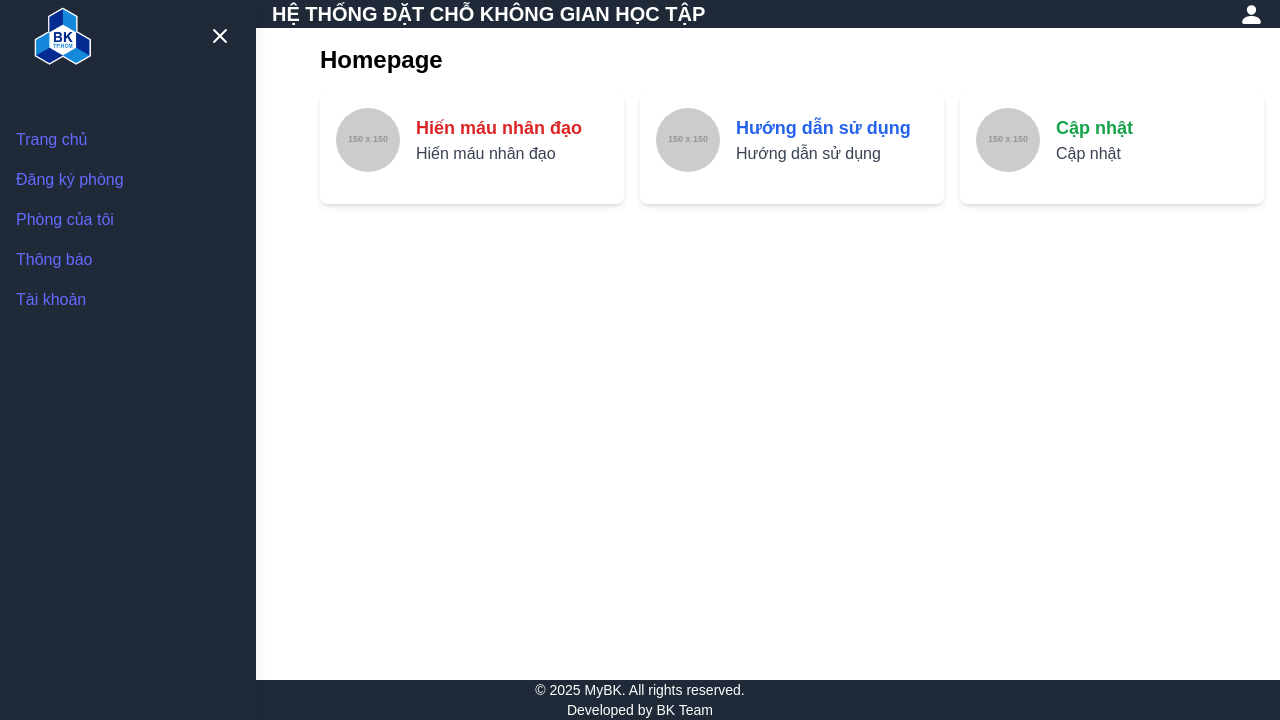
Repository: CNPM-S3MRS/frontend-web
Page: /homepage
An editor plug-in stored every save of this project. The page is shown before and after the next save, followed by the edit.
The browser window is 1280 px wide. The pictures show the whole page.
The project was rebuilt for these pictures with package versions that can differ from the ones it lists, and the page was loaded fresh each time. Also part of the build but not shown: vite.config.js, src/pages/auth/Login.jsx, src/components/card/NotificationCard.jsx, src/components/pagination/Pagination.jsx, src/components/dropdownmenu/DropdownList.jsx, src/pages/notification/notification.jsx.

Above is the page before, as saved 2025-04-10 23:28:54.

### src/App.jsx
import { BrowserRouter as Router, Routes, Route } from 'react-router-dom';
import Login from '@/pages/auth/Login';
import Notification from './pages/notification/notification';
import Homepage from "./pages/homepage/Homepage";

function App() {
  return (
    <Router>
      <Routes>
        <Route path="/login" element={<Login />} />
        <Route path="/homepage" element={<Homepage />} />
        <Route path="/notification" element={<Notification />} /> {/* Add this route */}
        <Route path="/" element={<div>Trang chủ</div>} />
      </Routes>
    </Router>
  );
}

export default App;

### src/index.css
@tailwind base;
@tailwind components;
@tailwind utilities;


:root {
  font-family: system-ui, Avenir, Helvetica, Arial, sans-serif;
  line-height: 1.5;
  font-weight: 400;

  color-scheme: light dark;
  color: rgba(255, 255, 255, 0.87);
  background-color: #242424;

  font-synthesis: none;
  text-rendering: optimizeLegibility;
  -webkit-font-smoothing: antialiased;
  -moz-osx-font-smoothing: grayscale;
}

a {
  font-weight: 500;
  color: #646cff;
  text-decoration: inherit;
}
a:hover {
  color: #535bf2;
}

/* body {
  margin: 0;
  display: flex;
  place-items: center;
  min-width: 320px;
  min-height: 100vh;
} */

h1 {
  font-size: 3.2em;
  line-height: 1.1;
}

.header-button {
  background: none;
  border: none;
  color: inherit;
  cursor: pointer;
  padding: 0;
  display: inline-flex;
  align-items: center;
  justify-content: center;
}


.sidebar-button {
  background: none;
  border: none;
  color: inherit;
  cursor: pointer;
  padding: 0.5rem;
  display: inline-flex;
  align-items: center;
  justify-content: center;
}

.pagination {
  display: flex;

}

.pagination button,
.pagination span {
  display: flex;
  align-items: center;
  justify-content: center;
  min-width: 2.5rem;
  height: 2.5rem;
  font-size: 1rem;
  font-weight: 500;
  background-color: transparent;
  border: none;
  color: #000;
  cursor: pointer;
}

.pagination span {
  color: #000;
}

button {
  border-radius: 8px;
  border: 1px solid transparent;
  padding: 0.6em 1.2em;
  font-size: 1em;
  font-weight: 500;
  font-family: inherit;
  background-color: #1a1a1a;
  cursor: pointer;
  transition: border-color 0.25s;
}
button:hover {
  border-color: #646cff;
}
button:focus,
button:focus-visible {
  outline: 4px auto -webkit-focus-ring-color;
}
h1 {
  font-size: 1.5rem;
  font-weight: bold;
  margin-bottom: 1rem;
}
body {
  font-family: Arial, sans-serif;
  background-color: transparent;
  color: #000000;
}

input[type="checkbox"] {
  width: 1rem;
  height: 1rem;
}

@media (prefers-color-scheme: light) {
  :root {
    color: #213547;
    background-color: #ffffff;
  }
  a:hover {
    color: #747bff;
  }
  button {
    background-color: #f9f9f9;
  }
}

### src/pages/homepage/Homepage.jsx
import React, { useState } from "react";
import Sidebar from "../../components/bars/Sidebar";
import Header from "../../components/header/Header";
import Footer from "../../components/footer/Footer";
import DisplayCard from "../../components/card/DisplayCard";

const Homepage = () => {
  const [isSidebarOpen, setIsSidebarOpen] = useState(true);

  return (
    <div className="container flex flex-col h-screen">
      {/* Header */}
      <Header isSidebarOpen={isSidebarOpen} setIsSidebarOpen={setIsSidebarOpen} />

      <div className="flex flex-grow">
        {/* Sidebar */}
        <Sidebar isSidebarOpen={isSidebarOpen} setIsSidebarOpen={setIsSidebarOpen} />

        {/* Main Content */}
        <div
          className={`flex-grow p-4 transition-all duration-300 ${
            isSidebarOpen ? "lg:pl-80" : "pl-4"
          }`}
        >
          <h1 className="text-2xl font-bold mb-4">Homepage</h1>
          {/* Display Cards */}
          <div className="grid grid-cols-1 sm:grid-cols-2 lg:grid-cols-3 gap-4">
            <DisplayCard
              image="https://via.placeholder.com/150"
              status="Hiến máu nhân đạo"
              statusColor="red"
              message="Hiến máu nhân đạo"
            />
            <DisplayCard
              image="https://via.placeholder.com/150"
              status="Hướng dẫn sử dụng"
              statusColor="blue"
              message="Hướng dẫn sử dụng"
            />
            <DisplayCard
              image="https://via.placeholder.com/150"
              status="Cập nhật"
              statusColor="green"
              message="Cập nhật"
            />
          </div>
        </div>
      </div>
      {/* Footer */}
      <Footer />
    </div>
  );
};

export default Homepage;

### src/components/bars/Sidebar.jsx
import React from "react";
import { NavLink } from "react-router-dom";
import LogoBK from "../../assets/LogoBK.jpg"; // Adjust the path as necessary
const Sidebar = ({ isSidebarOpen, setIsSidebarOpen }) => {
  return (
    <div
      className={`fixed inset-y-0 left-0 w-64 bg-gray-800 text-white shadow-lg z-50 transform ${
        isSidebarOpen ? "translate-x-0" : "-translate-x-full"
      } transition-transform duration-300`}
    >
      <div className="flex items-center content-center">
        <img src={LogoBK} alt="Logo" className="w-17 h-20 object-contain" />
      </div>
      {/* Close Button */}
      <button
        onClick={() => setIsSidebarOpen(false)}
        className="sidebar-button absolute top-4 right-4 text-white focus:outline-none"
        aria-label="Close Sidebar"
      >
        <svg
          xmlns="http://www.w3.org/2000/svg"
          width="24"
          height="24"
          fill="none"
          viewBox="0 0 24 24"
          stroke="currentColor"
        >
          <path
            strokeLinecap="round"
            strokeLinejoin="round"
            strokeWidth={2}
            d="M6 18L18 6M6 6l12 12"
          />
        </svg>
      </button>

      {/* Sidebar Links */}
      <ul className="mt-8 space-y-4 p-4">
        <li>
          <NavLink to="/" className="hover:text-gray-400">
            Trang chủ
          </NavLink>
        </li>
        <li>
          <NavLink to="/register-room" className="hover:text-gray-400">
            Đăng ký phòng
          </NavLink>
        </li>
        <li>
          <NavLink to="/my-rooms" className="hover:text-gray-400">
            Phòng của tôi
          </NavLink>
        </li>
        <li>
          <NavLink to="/notification" className="hover:text-gray-400">
            Thông báo
          </NavLink>
        </li>
        <li>
          <NavLink to="/account" className="hover:text-gray-400">
            Tài khoản
          </NavLink>
        </li>
      </ul>
    </div>
  );
};

export default Sidebar;

### src/components/header/Header.jsx
import React from "react";
import LogoBK from "../../assets/LogoBK.jpg"; // Adjust the path as necessary

const Header = ({ isSidebarOpen, setIsSidebarOpen }) => {
  return (
    <header
      className={`flex items-center justify-between px-4 bg-gray-800 text-white transition-all duration-300 ${
        isSidebarOpen ? "lg:pl-64" : "pl-4"
      }`}
    >
      {/* Left Section */}
      <div className="flex items-center space-x-2">
        {/* Conditionally hide Hamburger Menu and Logo */}
        {!isSidebarOpen && (
          <>
            {/* Hamburger Menu */}
            <button
              onClick={() => setIsSidebarOpen(!isSidebarOpen)}
              className="header-button focus:outline-none"
              aria-label="Toggle Sidebar"
            >
              <svg
                xmlns="http://www.w3.org/2000/svg"
                width="24"
                height="24"
                fill="currentColor"
                className="bi bi-list"
                viewBox="0 0 16 16"
              >
                <path
                  fillRule="evenodd"
                  d="M2.5 12a.5.5 0 0 1 .5-.5h10a.5.5 0 0 1 0 1H3a.5.5 0 0 1-.5-.5m0-4a.5.5 0 0 1 .5-.5h10a.5.5 0 0 1 0 1H3a.5.5 0 0 1-.5-.5m0-4a.5.5 0 0 1 .5-.5h10a.5.5 0 0 1 0 1H3a.5.5 0 0 1-.5-.5"
                />
              </svg>
            </button>

            {/* Logo */}
            <img src={LogoBK} alt="Logo" className="w-17 h-16 object-contain" />
          </>
        )}

        {/* Logo Text */}
        <span className="text-xl font-semibold pl-4">
          HỆ THỐNG ĐẶT CHỖ KHÔNG GIAN HỌC TẬP
        </span>
      </div>

      {/* Account */}
      <button
        className="header-button focus:outline-none"
        aria-label="Login"
        onClick={() =>
          (window.location.href =
            "https://sso.hcmut.edu.vn/cas/login?service=https://mybk.hcmut.edu.vn/my/homeSSO.action")
        }
      >
        <svg
          xmlns="http://www.w3.org/2000/svg"
          width="25"
          height="25"
          fill="currentColor"
          className="bi bi-person-circle"
          viewBox="0 0 16 16"
        >
          <path d="M3 14s-1 0-1-1 1-4 6-4 6 3 6 4-1 1-1 1zm5-6a3 3 0 1 0 0-6 3 3 0 0 0 0 6" />
          <path d="M8 8a2 2 0 1 0 0-4 2 2 0 0 0 0 4z" />
          <path
            fillRule="evenodd"
            d="M8 9a3 3 0 0 0-2.83 2h5.66A3 3 0 0 0 8 9z"
          />
        </svg>
      </button>
    </header>
  );
};

export default Header;

### src/components/footer/Footer.jsx
import React from "react";

const Footer = () => {
    return(
        <footer className="bg-gray-800 text-white">

            <div className="container mx-auto text-center">
                <p className="text-sm">&copy; {new Date().getFullYear()} MyBK. All rights reserved.</p>
                <p className="text-sm">Developed by BK Team</p>
            </div>
        </footer>
    );
};

export default Footer;

### src/components/card/DisplayCard.jsx
import React from "react";

const DisplayCard = ({ image, status, statusColor, message, footer }) => {
    // cardStyles : card with footer

    return (
        <div className="bg-white shadow-md rounded-lg p-4 flex flex-col">
            {/* Card Header */}
            <div className="flex items-center mb-4">
                <img src={image} alt="Notification" className="w-16 h-16 rounded-full mr-4" />
                <div className="flex-grow">
                    <h2 className={`text-lg font-bold text-${statusColor}-600`}>{status}</h2>
                    <p className="text-gray-700">{message}</p>
                </div>
            </div>

            {/* Card Footer */}
            {footer && (
                <div className="mt-4 border-t pt-2 text-sm text-gray-500">
                    {footer}
                </div>
            )}
        </div>
    );
};

export default DisplayCard;

### tailwind.config.js
/** @type {import('tailwindcss').Config} */
module.exports = {
  content: ["./src/**/*.{js,jsx,ts,tsx}"], // Include all source files
  theme: {
    extend: {},
  },
  plugins: [],
};

Loaded but not shown: index.html (common file); src/main.jsx (common file)

After the next save:
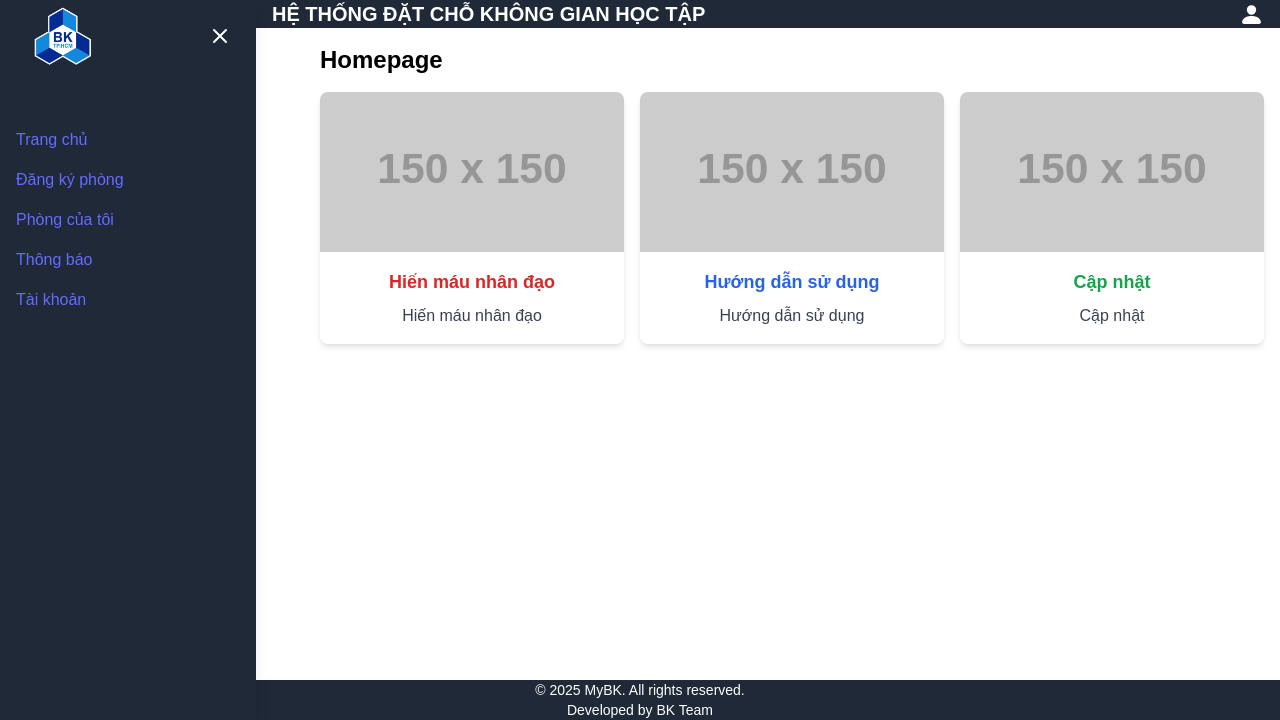
Saved 2 min 1 s later.
--- a/src/components/card/DisplayCard.jsx
+++ b/src/components/card/DisplayCard.jsx
@@ -1,27 +1,18 @@
 import React from "react";
 
-const DisplayCard = ({ image, status, statusColor, message, footer }) => {
-    // cardStyles : card with footer
+const DisplayCard = ({ image, status, statusColor, message }) => {
+  return (
+    <div className="bg-white shadow-md rounded-lg overflow-hidden">
+      {/* Card Image */}
+      <img src={image} alt={status} className="w-full h-40 object-cover" />
 
-    return (
-        <div className="bg-white shadow-md rounded-lg p-4 flex flex-col">
-            {/* Card Header */}
-            <div className="flex items-center mb-4">
-                <img src={image} alt="Notification" className="w-16 h-16 rounded-full mr-4" />
-                <div className="flex-grow">
-                    <h2 className={`text-lg font-bold text-${statusColor}-600`}>{status}</h2>
-                    <p className="text-gray-700">{message}</p>
-                </div>
-            </div>
-
-            {/* Card Footer */}
-            {footer && (
-                <div className="mt-4 border-t pt-2 text-sm text-gray-500">
-                    {footer}
-                </div>
-            )}
-        </div>
-    );
+      {/* Card Content */}
+      <div className="p-4 text-center">
+        <h2 className={`text-lg font-bold text-${statusColor}-600 mb-2`}>{status}</h2>
+        <p className="text-gray-700">{message}</p>
+      </div>
+    </div>
+  );
 };
 
 export default DisplayCard;
